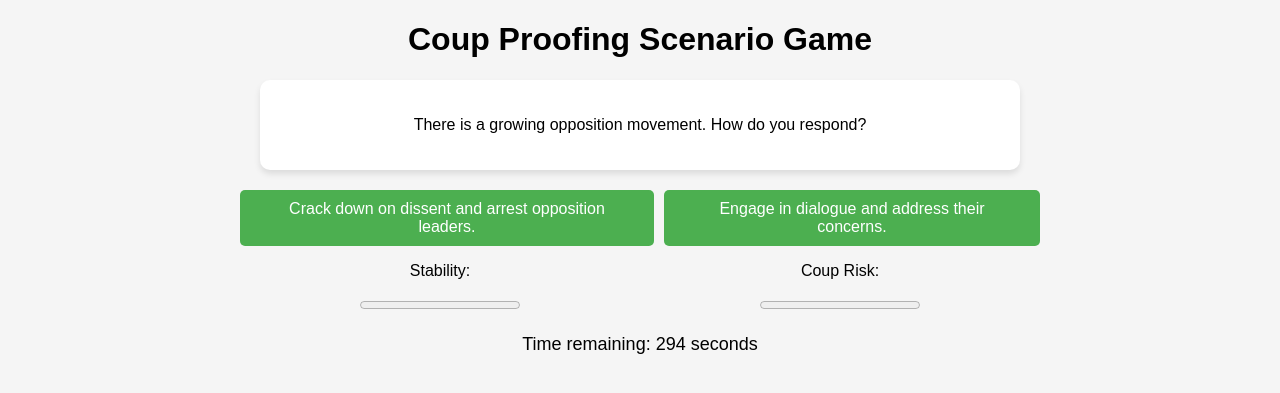
Repository: tyfeeney/Coup-Proofing-Alpha
Page: index.html
An editor plug-in stored every save of this project. The page is shown before and after the next save, followed by the edit.
The browser window is 1280 px wide. The pictures show the whole page.
After loading, the first visible `#left-btn` was clicked once.

Above is the page before, as saved 2023-04-25 21:27:56.

### index.html
<!DOCTYPE html>
<html lang="en">
<head>
  <meta charset="UTF-8">
  <meta name="viewport" content="width=device-width, initial-scale=1.0">
  <link rel="stylesheet" href="styles.css">
  <title>Coup Proofing Scenario Game</title>
</head>
<body>
  <div class="container">
    <h1>Coup Proofing Scenario Game</h1>
    <div class="card">
      <p class="statement"></p>
    </div>
    <div class="buttons">
      <button id="left-btn">Option 1</button>
      <button id="right-btn">Option 2</button>
    </div>
    <div class="progress-container">
      <div>
        <p>Stability:</p>
        <progress id="stability-progress" value="0" max="30"></progress>
      </div>
      <div>
        <p>Coup Risk:</p>
        <progress id="coupRisk-progress" value="0" max="30"></progress>
      </div>
    </div>
    <div class="timer">
      Time remaining: <span id="time">300</span> seconds
    </div>
    <div class="ending" hidden>
      <p id="ending"></p>
    </div>
  </div>
  <script src="scripts.js"></script>
</body>
</html>

### styles.css
body {
    font-family: Arial, sans-serif;
    background-color: #f5f5f5;
  }

  .container {
    max-width: 800px;
    margin: 0 auto;
    text-align: center;
  }

  .card {
    background-color: white;
    padding: 20px;
    margin: 20px;
    border-radius: 10px;
    box-shadow: 0 4px 6px rgba(0, 0, 0, 0.1);
  }

  .buttons {
    display: flex;
    justify-content: center;
    gap: 10px;
  }

  button {
    background-color: #4CAF50;
    color: white;
    border: none;
    border-radius: 5px;
    padding: 10px 20px;
    font-size: 16px;
    cursor: pointer;
  }
  .progress-container {
    display: flex;
    justify-content: space-around;
    margin-bottom: 20px;
  }


  button:hover {
    background-color: #45a049;
  }

  .timer, .score {
    font-size: 18px;
    margin-top: 20px;
  }

### scripts.js
const scenarios = [
  {
    question: 'You are facing economic difficulties. What do you do?',
    option1: 'Increase military spending to coup-proof your regime.',
    option2: 'Invest in social programs to address public grievances.',
    effect1: { stability: -1, coupRisk: -1 },
    effect2: { stability: 1, coupRisk: 1 }
  },
  {
    question: 'There is a growing opposition movement. How do you respond?',
    option1: 'Crack down on dissent and arrest opposition leaders.',
    option2: 'Engage in dialogue and address their concerns.',
    effect1: { stability: -1, coupRisk: -1 },
    effect2: { stability: 1, coupRisk: 1 }
  },
  {
    question: 'A neighboring country is experiencing a military coup. What is your course of action?',
    option1: 'Increase surveillance and strengthen internal security forces.',
    option2: 'Offer diplomatic assistance to the neighboring country.',
    effect1: { stability: 0, coupRisk: -1 },
    effect2: { stability: 0, coupRisk: 1 }
  },
  {
    question: 'Corruption is rampant in your administration. How do you address it?',
    option1: 'Purge the government and replace corrupt officials with loyalists.',
    option2: 'Implement anti-corruption measures and strengthen rule of law.',
    effect1: { stability: 0, coupRisk: -1 },
    effect2: { stability: 1, coupRisk: 0 }
  },
  {
    question: 'Your military is demanding higher salaries and better equipment. What do you do?',
    option1: 'Meet their demands to maintain loyalty.',
    option2: 'Deny their demands, fearing they might pose a threat.',
    effect1: { stability: 0, coupRisk: -1 },
    effect2: { stability: -1, coupRisk: 1 }
  },
  {
    question: 'You have discovered a coup plot within your military. What is your reaction?',
    option1: 'Arrest the conspirators and replace them with loyalists.',
    option2: 'Engage in dialogue with the plotters to understand their grievances.',
    effect1: { stability: 1, coupRisk: -2 },
    effect2: { stability: 0, coupRisk: 0 }
  },
  {
    question: 'A terrorist organization is threatening your regime. How do you respond?',
    option1: 'Increase cooperation with the military to address the threat.',
    option2: 'Strengthen internal security forces to counter the threat.',
    effect1: { stability: 1, coupRisk: 1 },
    effect2: { stability: 1, coupRisk: -1 }
  },
  {
    question: 'Protests have erupted in a major city. What is your course of action?',
    option1: 'Deploy the military to suppress the protests.',
    option2: 'Address the protesters’ concerns through negotiation and reforms.',
    effect1: { stability: -1, coupRisk: 0 },
    effect2: { stability: 1, coupRisk: 0 }
  },
  {
    question: 'There is a power struggle within your ruling party. How do you handle it?',
    option1: 'Consolidate power by sidelining rivals and promoting loyalists.',
    option2: 'Encourage dialogue and compromise within the party.',
    effect1: { stability: 0, coupRisk: -1 },
    effect2: { stability: 1, coupRisk: 0 }
  },
  {
    question: 'Your regime is facing international pressure over human rights abuses. What do you do?',
    option1: 'Ignore the pressure and maintain strict control over the population.',
    option2: 'Implement reforms to improve the human rights situation.',
    effect1: { stability: -1, coupRisk: -1 },
    effect2: { stability: 1, coupRisk: 1 }
  },
  {
    question: 'Your intelligence service has uncovered a foreign plot to destabilize your regime. How do you respond?',
    option1: 'Increase internal security measures and target foreign agents.',
    option2: 'Strengthen diplomatic ties with allies to counter the foreign threat.',
    effect1: { stability: 1, coupRisk: -1 },
    effect2: { stability: 1, coupRisk: 0 }
  },
  {
    question: 'There is a risk of a popular uprising inspired by events in other countries. What is your reaction?',
    option1: 'Implement preemptive reforms to address public grievances.',
    option2: 'Strengthen security forces to suppress any potential uprisings.',
    effect1: { stability: 1, coupRisk: 1 },
    effect2: { stability: -1, coupRisk: -1 }
  },
  {
    question: 'Your country is experiencing an economic boom. How do you allocate resources?',
    option1: 'Invest in the military to secure your regime.',
    option2: 'Invest in infrastructure and public services to improve living standards.',
    effect1: { stability: 1, coupRisk: -1 },
    effect2: { stability: 2, coupRisk: 1 }
  },
  {
    question: 'A powerful general is becoming increasingly popular. What do you do?',
    option1: 'Promote the general to a higher position to secure their loyalty.',
    option2: 'Sideline the general to prevent them from becoming a threat.',
    effect1: { stability: 0, coupRisk: -1 },
    effect2: { stability: -1, coupRisk: 1 }
  },
  {
    question: 'Your country is involved in an international conflict. How do you ensure internal stability?',
    option1: 'Rally the population around the conflict and maintain strong military support.',
    option2: 'Focus on diplomatic solutions and address internal issues.',
    effect1: { stability: 1, coupRisk: 0 },
    effect2: { stability: 1, coupRisk: 1 }
  }
];



const scenarioElem = document.querySelector('.statement');
const option1Btn = document.getElementById('left-btn');
const option2Btn = document.getElementById('right-btn');
const timerElem = document.getElementById('time');
const endingElem = document.getElementById('ending');

let currentIndex = 0;
let timeLeft = 300;
let stability = 0;
let coupRisk = 0;

function setScenario(index) {
  if (index >= scenarios.length) {
    showEnding();
    return;
  }
  scenarioElem.textContent = scenarios[index].question;
  option1Btn.textContent = scenarios[index].option1;
  option2Btn.textContent = scenarios[index].option2;
}

function chooseOption(option) {
  const scenario = scenarios[currentIndex];
  const effect = scenario[`effect${option}`];
  stability += effect.stability;
  coupRisk += effect.coupRisk;
  currentIndex++;
  setScenario(currentIndex);
}

function showEnding() {
  scenarioElem.remove();
  option1Btn.remove();
  option2Btn.remove();

  if (stability > 0 && coupRisk <= 0) {
    endingElem.textContent = 'Your country remains stable and avoids a coup.';
  } else if (stability <= 0 && coupRisk <= 0) {
    endingElem.textContent = 'Your country faces economic and political challenges but avoids a coup.';
  } else if (stability > 0 && coupRisk > 0) {
    endingElem.textContent = 'Your country experiences a coup despite relative stability.';
  } else {
    endingElem.textContent = 'Your country collapses due to instability and a coup.';
  }

  endingElem.hidden = false;
}

// Timer countdown
function startTimer() {
  const interval = setInterval(() => {
    timeLeft--;
    timerElem.textContent = timeLeft;
    if (timeLeft <= 0) {
      clearInterval(interval);
      showEnding();
    }
  }, 1000);
}

// Initialize game
function init() {
  setScenario(currentIndex);
  startTimer();

  option1Btn.addEventListener('click', () => {
    chooseOption(1);
  });

  option2Btn.addEventListener('click', () => {
    chooseOption(2);
  });
}

init();

After the next save:
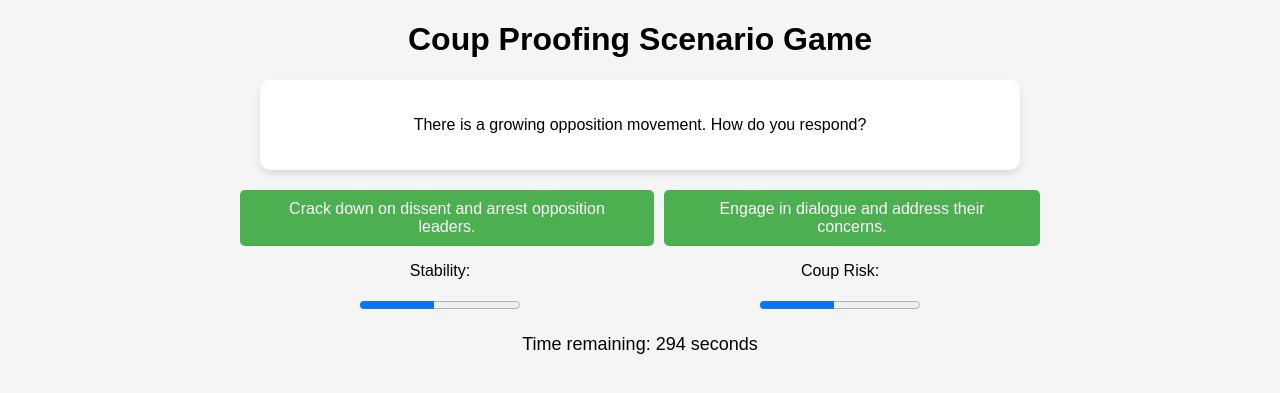
Saved 28 s later.
--- a/scripts.js
+++ b/scripts.js
@@ -155,6 +155,24 @@ function showEnding() {
 
   endingElem.hidden = false;
 }
+
+function updateProgressBars() {
+  const stabilityProgress = document.getElementById('stability-progress');
+  const coupRiskProgress = document.getElementById('coupRisk-progress');
+  stabilityProgress.value = stability + 15;
+  coupRiskProgress.value = coupRisk + 15;
+}
+
+function chooseOption(option) {
+  const scenario = scenarios[currentIndex];
+  const effect = scenario[`effect${option}`];
+  stability += effect.stability;
+  coupRisk += effect.coupRisk;
+  updateProgressBars();
+  currentIndex++;
+  setScenario(currentIndex);
+}
+
 
 // Timer countdown
 function startTimer() {
